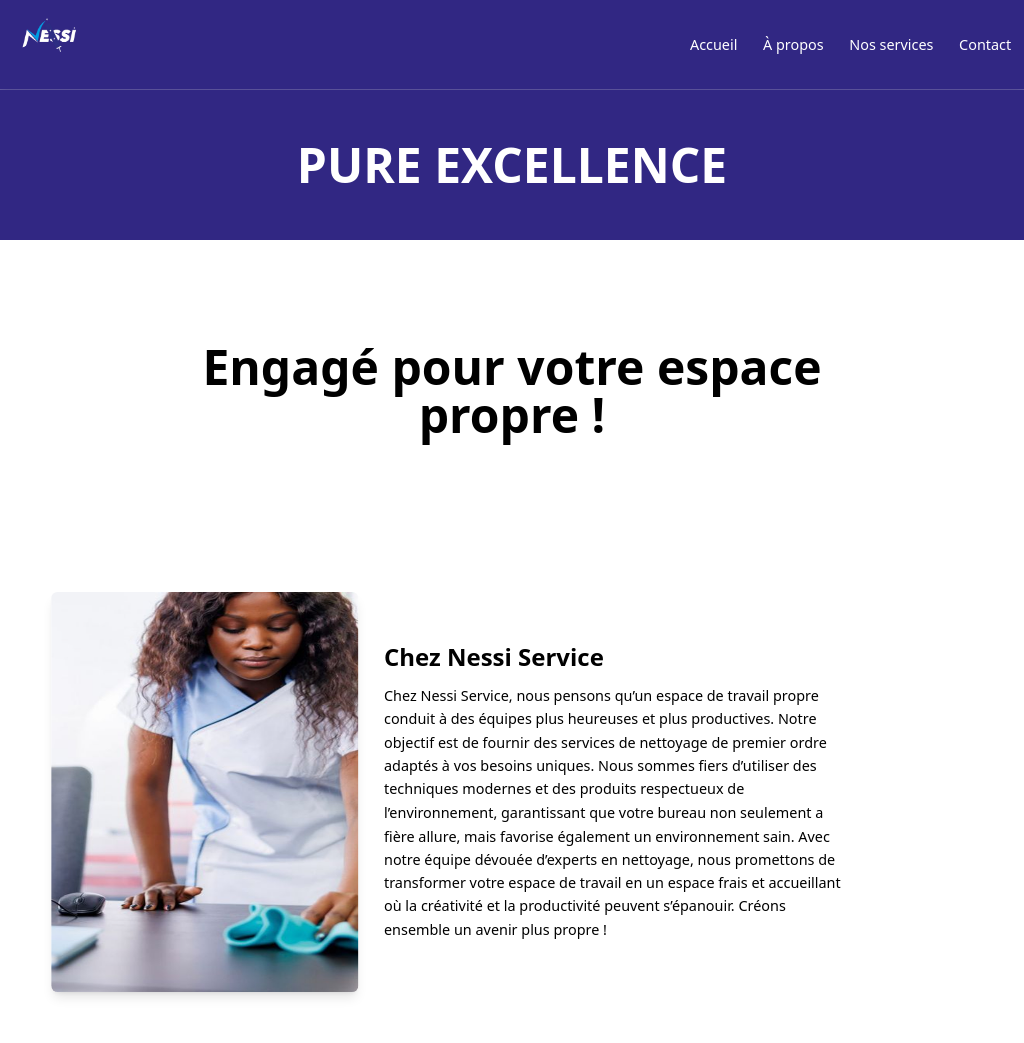
Repository: MDiouf9/Nessi
Page: /About
The author's editor kept a copy of each file at every save. The page is drawn from the files as they stood at one save, then again after a run of saves.
The browser window is 1280 px wide. The pictures show the whole page, at 80% of full size.
The project was rebuilt for these pictures with package versions that can differ from the ones it lists, and the page was loaded fresh each time. Also part of the build but not shown: vite.config.js, src/Global.css, src/App.css, src/components/Footer.jsx, src/Pages/Home.jsx, src/Pages/NotFound.jsx, src/components/Countries.jsx, src/Pages/Services.jsx and 1 more.

Above is the page before, as saved 2025-03-10 18:12:34.

### src/main.jsx
import { StrictMode } from 'react'
import { createRoot } from 'react-dom/client'
import './index.css'
import './Global.css'
import App from './App.jsx'

createRoot(document.getElementById('root')).render(
  <StrictMode>
    <App />
  </StrictMode>,
)

### src/index.css
@tailwind base;
@tailwind components;
@tailwind utilities;
























/* :root {
  font-family: Inter, system-ui, Avenir, Helvetica, Arial, sans-serif;
  line-height: 1.5;
  font-weight: 400;

  color-scheme: light dark;
  color: rgba(255, 255, 255, 0.87);
  background-color: #242424;

  font-synthesis: none;
  text-rendering: optimizeLegibility;
  -webkit-font-smoothing: antialiased;
  -moz-osx-font-smoothing: grayscale;
}

a {
  font-weight: 500;
  color: #646cff;
  text-decoration: inherit;
}
a:hover {
  color: #535bf2;
}

body {
  margin: 0;
  display: flex;
  place-items: center;
  min-width: 320px;
  min-height: 100vh;
}

h1 {
  font-size: 3.2em;
  line-height: 1.1;
}

button {
  border-radius: 8px;
  border: 1px solid transparent;
  padding: 0.6em 1.2em;
  font-size: 1em;
  font-weight: 500;
  font-family: inherit;
  background-color: #1a1a1a;
  cursor: pointer;
  transition: border-color 0.25s;
}
button:hover {
  border-color: #646cff;
}
button:focus,
button:focus-visible {
  outline: 4px auto -webkit-focus-ring-color;
}

@media (prefers-color-scheme: light) {
  :root {
    color: #213547;
    background-color: #ffffff;
  }
  a:hover {
    color: #747bff;
  }
  button {
    background-color: #f9f9f9;
  }
} */

### src/App.jsx

import { BrowserRouter , Routes, Route  } from "react-router-dom"
// import reactLogo from './assets/react.svg'
// import viteLogo from '/vite.svg'
import './App.css'
import Home from './Pages/Home'
import NotFound from './Pages/NotFound'
import About from './Pages/About'
import Countries from './components/Countries'
import Services from './Pages/Services'
import Contact from './Pages/Contact'


function App() {

  return (
    <>
     <BrowserRouter>
      <Routes>
        <Route path="/"  element={<Home />} />
        <Route path='/About' element={<About/>} />
        <Route path='/Services' element={<Services/>} />
        <Route path='/Contact' element={<Contact/>} />
        <Route path='/Countries' element={<Countries/>} />
        <Route path='*' element={<NotFound/>} />
      </Routes>
    </BrowserRouter>

    </>
  )
}

export default App

### src/Pages/About.jsx

import Header from '../components/Header'
import SectionWithImage from '../components/Sectionlesft'
import regulier from "../assets/fememenage.png";


const About = () => {
  return (
    <div>

        <Header/>
        <section className="bg-[#312783] text-white py-16 flex justify-center items-center">
      <h1 className="text-4xl md:text-6xl font-bold">PURE EXCELLENCE</h1>
    </section>
    {/* section 2 */}
    <section className=" text-white py-16 flex justify-center items-center">
      <h1 className="text-4xl md:text-6xl font-bold"> <section className=" text-black py-16 flex justify-center items-center">
      <h1 className="text-4xl md:text-6xl font-bold text-center">Engagé pour votre espace <br /> propre !</h1>
    </section></h1>
    </section>

        <SectionWithImage
             imageSrc={regulier} // Image à afficher
             altText="Nettoyage en action" // Texte alternatif
             title="Chez Nessi Service" // Titre de la section
             content="Chez Nessi Service, nous pensons qu’un espace de travail propre conduit à des équipes plus heureuses et plus productives. Notre objectif est de fournir des services de nettoyage de premier ordre adaptés à vos besoins uniques. Nous sommes fiers d’utiliser des techniques modernes et des produits respectueux de l’environnement, garantissant que votre bureau non seulement a fière allure, mais favorise également un environnement sain. Avec notre équipe dévouée d’experts en nettoyage, nous promettons de transformer votre espace de travail en un espace frais et accueillant où la créativité et la productivité peuvent s’épanouir. Créons ensemble un avenir plus propre !"
           />
    </div>
  )
}

export default About

### src/components/Header.jsx
import  { useState } from "react";
import { Link } from "react-router-dom";
import logo from "../assets/logo1.png";

const navLinks = [
  { name: "Accueil", path: "/" },
  { name: "À propos", path: "/about" },
  { name: "Nos services", path: "/services" },
  { name: "Contact", path: "/contact" }
];

const Header = () => {
  const [isMenuOpen, setIsMenuOpen] = useState(false); // État pour gérer l'ouverture du menu mobile

  return (
    <header className="bg-[#312783] text-white p-4 shadow-lg">
      <div className="container mx-auto flex justify-between items-center">
        {/* Logo */}
        <img src={logo} alt="Logo" className="h-20" />

        {/* Menu burger pour mobile */}
        <button
          className="lg:hidden text-white text-2xl"
          onClick={() => setIsMenuOpen(!isMenuOpen)}
          aria-label="Toggle Menu"
        >
          {isMenuOpen ? (
            <span>&#10005;</span>  // Croix de fermeture du menu
          ) : (
            <span>&#9776;</span>  // Icône hamburger
          )}
        </button>

        {/* Navigation */}
        <nav className={`lg:flex ${isMenuOpen ? "block" : "hidden"} lg:bg-transparent bg-[#312783]`}>
          <ul className="lg:flex lg:space-x-8 flex-col lg:flex-row space-y-4 lg:space-y-0 p-6 lg:p-0">
            {navLinks.map((link, index) => (
              <li key={index} className="relative">
                <Link
                  to={link.path}
                  className="hover:text-gray-300 text-lg transition-colors duration-300 ease-in-out"
                >
                  {link.name}
                </Link>
                {/* Ajouter une barre sous le lien actif */}
              </li>
            ))}
          </ul>
        </nav>
      </div>


    </header>
  );
};

export default Header;

### src/components/Sectionlesft.jsx
const SectionWithImage = ({ imageSrc, altText, title, content }) => {
    return (
      <section className="bg-white py-16 px-6 md:px-16">
        <div className="container mx-auto flex flex-col md:flex-row items-center gap-8">
          {/* Image à gauche */}
          <div className="md:w-1/3 flex justify-center items-center">
            <img src={imageSrc} alt={altText} className="w-full h-full max-h-[500px] object-center  rounded-lg shadow-lg" />
          </div>

          {/* Texte à droite */}
          <div className="md:w-1/2 flex flex-col justify-center h-full">
            <h2 className="text-3xl font-bold mb-4">{title}</h2>
            <p className="text-lg leading-relaxed">{content}</p>
          </div>
        </div>
      </section>
    );
  };

  export default SectionWithImage;

Loaded but not shown: index.html (common file); tailwind.config.js (common file)

After the next 5 saves:
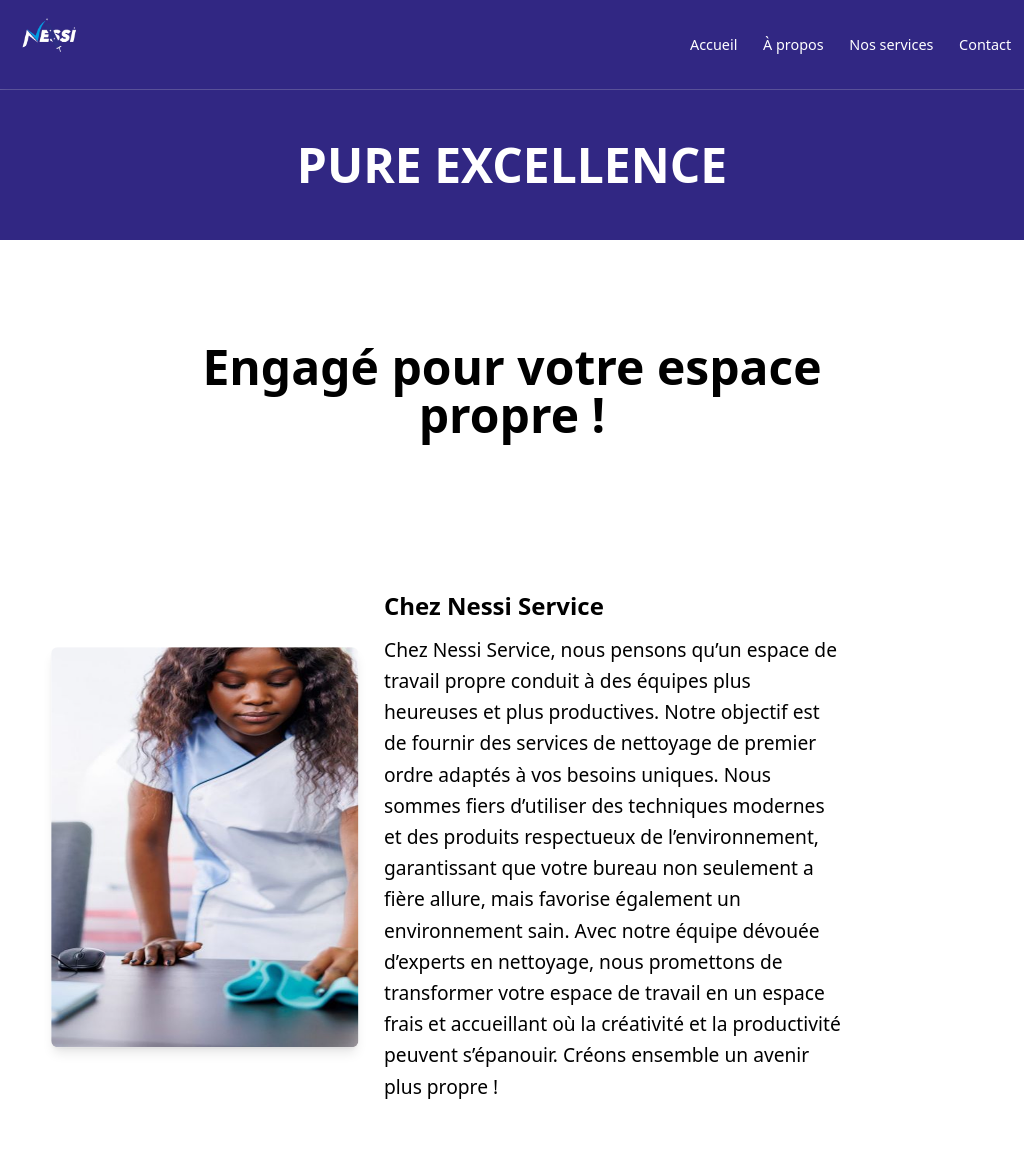
The 5 saves are shown as one change because they came seconds apart.
The last was saved 37 s later.
--- a/src/components/Sectionlesft.jsx
+++ b/src/components/Sectionlesft.jsx
@@ -10,7 +10,7 @@ const SectionWithImage = ({ imageSrc, altText, title, content }) => {
           {/* Texte à droite */}
           <div className="md:w-1/2 flex flex-col justify-center h-full">
             <h2 className="text-3xl font-bold mb-4">{title}</h2>
-            <p className="text-lg leading-relaxed">{content}</p>
+            <p className="text-2xl leading-relaxed">{content}</p>
           </div>
         </div>
       </section>
